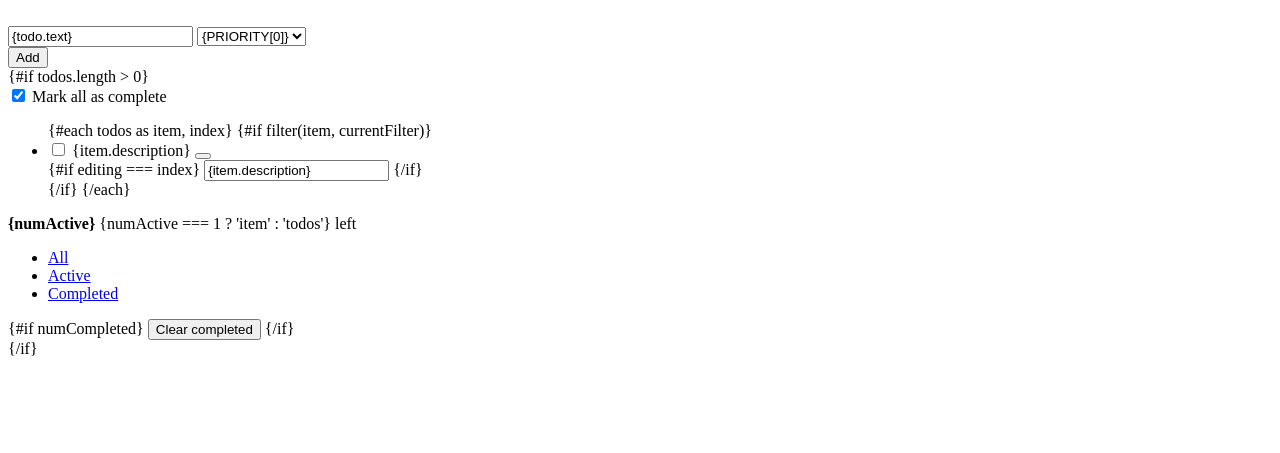
Repository: nicobrinkkemper/firebase-svelte-tododemo
Page: src/App.html
These files come from the project's save history. The page is drawn as it stood at one moment and after the next save; the edit follows.
The browser window is 1280 px wide. The pictures show the whole page.

Above is the page before, as saved 2018-11-23 14:38:05.
Console error: SyntaxError: Unexpected token 'export'

### src/App.html
<div class="row">
	<div class="col-md-12">
		<br />
		<div class="input-group">
			<input class="form-control text" type="text" required={true} value={todo.text} placeholder="Write a todo" onKeyUp={onSubmit}
			 onChange={onTextChange} />

			<select class="form-control priority" value={todo.priority || 0} onChange={onPriorityChange}>
				<option value={0}>{PRIORITY[0]}</option>
				<option value={1}>{PRIORITY[1]}</option>
				<option value={2}>{PRIORITY[2]}</option>
			</select>
			<div class="input-group-append">
				<button class="btn btn-primary" onClick={onAdd}>
					Add
				</button>
			</div>
		</div>
	</div>
</div>
{#if todos.length > 0}
<section class="main">
	<input id="toggle-all" class="toggle-all" type="checkbox" on:change='toggleAll(this.checked)' checked='{numCompleted === todos.length}'>
	<label for="toggle-all">Mark all as complete</label>

	<ul class="todo-list">
		{#each todos as item, index} {#if filter(item, currentFilter)}
		<li class="{item.completed ? 'completed' : ''} {editing === index ? 'editing' : ''}">
			<div class="view">
				<input class="toggle" type="checkbox" bind:checked="item.completed">
				<label on:dblclick="edit(index)">{item.description}</label>
				<button on:click="remove(index)" class="destroy"></button>
			</div>

			{#if editing === index}
			<input value='{item.description}' id="edit" class="edit" on:enter='blur(this)' on:blur="submit(this.value)" on:escape="cancel()"
			/> {/if}
		</li>
		{/if} {/each}
	</ul>

	<footer class="footer">
		<span class="todo-count">
			<strong>{numActive}</strong> {numActive === 1 ? 'item' : 'todos'} left
		</span>

		<ul class="filters">
			<li><a class="{currentFilter === 'all' ? 'selected' : ''}" href="#/">All</a></li>
			<li><a class="{currentFilter === 'active' ? 'selected' : ''}" href="#/active">Active</a></li>
			<li><a class="{currentFilter === 'completed' ? 'selected' : ''}" href="#/completed">Completed</a></li>
		</ul>

		{#if numCompleted}
		<button class="clear-completed" on:click="clearCompleted()">
			Clear completed
		</button>
		{/if}
	</footer>
</section>
{/if}

<script>
	const ENTER_KEY = 13;
	const ESCAPE_KEY = 27;
	function keyEvent(code) {
	  return function(node, callback) {
	    function keydownHandler(event) {
	      if (event.which === code) callback.call(this, event);
	    }
	    node.addEventListener("keydown", keydownHandler, false);
	    return {
	      destroy() {
	        node.removeEventListener("keydown", keydownHandler, false);
	      }
	    };
	  };
	}
	let todos;
	try {
	  todos = JSON.parse(localStorage.getItem("todos-svelte")) || [];
	} catch (err) {
	  todos = [];
	}
	export default {
	  data: data => {
	    console.log(data, "data");
	    return {
	      currentFilter: "all",
	      ...data
	    };
	  },
	  computed: {
	    numActive: ({ todos }) => todos.filter(item => !item.completed).length,
	    numCompleted: ({ todos }) => todos.filter(item => item.completed).length
	  },
	  helpers: {
	    filter(item, currentFilter) {
	      if (currentFilter === "all") return true;
	      if (currentFilter === "completed") return item.completed;
	      if (currentFilter === "active") return !item.completed;
	    }
	  },
	  oncreate() {
	    const updateView = () => {
	      let currentFilter = "all";
	      if (window.location.hash === "#/active") {
	        currentFilter = "active";
	      } else if (window.location.hash === "#/completed") {
	        currentFilter = "completed";
	      }
	      this.set({ currentFilter });
	    };
	    window.addEventListener("hashchange", updateView);
	    updateView();
	  },
	  onstate({ changed, current, previous }) {
	    if (previous && changed.todos) {
	      try {
	        localStorage.setItem("todos-svelte", JSON.stringify(current.todos));
	      } catch (err) {
	        // noop
	      }
	    }
	  },
	  methods: {
	    onTextChange(text) {
	      const { todo } = this.get();
	      this.set({ todo: { ...todo, text } });
	    },
	    onSubmit() {},
	    onPriorityChange(priority) {
	      const { todo } = this.get();
	      this.set({ todo: { ...todo, priority } });
	    },
	    onAdd() {
	      console.log("hi");
	    },
	    blur(node) {
	      node.blur();
	    },
	    cancel() {
	      this.set({ editing: null });
	    },
	    clearCompleted() {
	      const todos = this.get().todos.filter(item => !item.completed);
	      this.set({ todos });
	    },
	    edit(index) {
	      this.set({ editing: index });
	    },
	    newTodo(description) {
	      const { todos } = this.get();
	      todos.push({
	        description,
	        completed: false
	      });
	      this.set({ todos });
	      this.refs.newTodo.value = "";
	    },
	    remove(index) {
	      const { todos } = this.get();
	      todos.splice(index, 1);
	      this.set({ todos });
	    },
	    submit(description) {
	      const { todos } = this.get();
	      const index = this.get().editing;
	      todos[index].description = description;
	      this.set({ todos, editing: null });
	    },
	    toggleAll(checked) {
	      const { todos } = this.get();
	      todos.forEach(item => {
	        item.completed = checked;
	      });
	      this.set({ todos });
	    }
	  },
	  events: {
	    enter: keyEvent(ENTER_KEY),
	    escape: keyEvent(ESCAPE_KEY)
	  }
	};
</script>

After the next save:
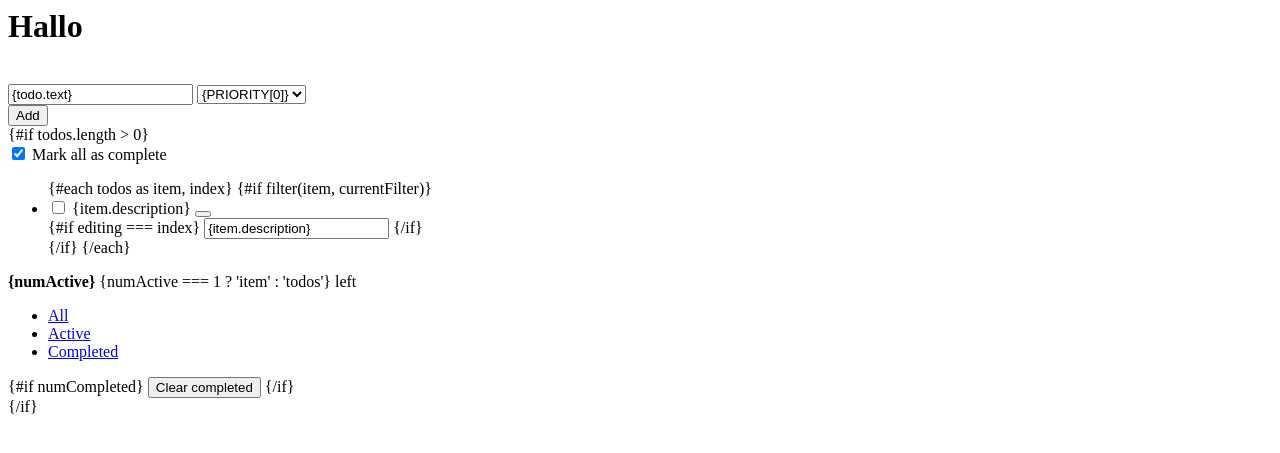
Saved 108 s later.
--- a/src/App.html
+++ b/src/App.html
@@ -1,4 +1,5 @@
 <div class="row">
+	<h1>Hallo</h1>
 	<div class="col-md-12">
 		<br />
 		<div class="input-group">

After the save that followed:
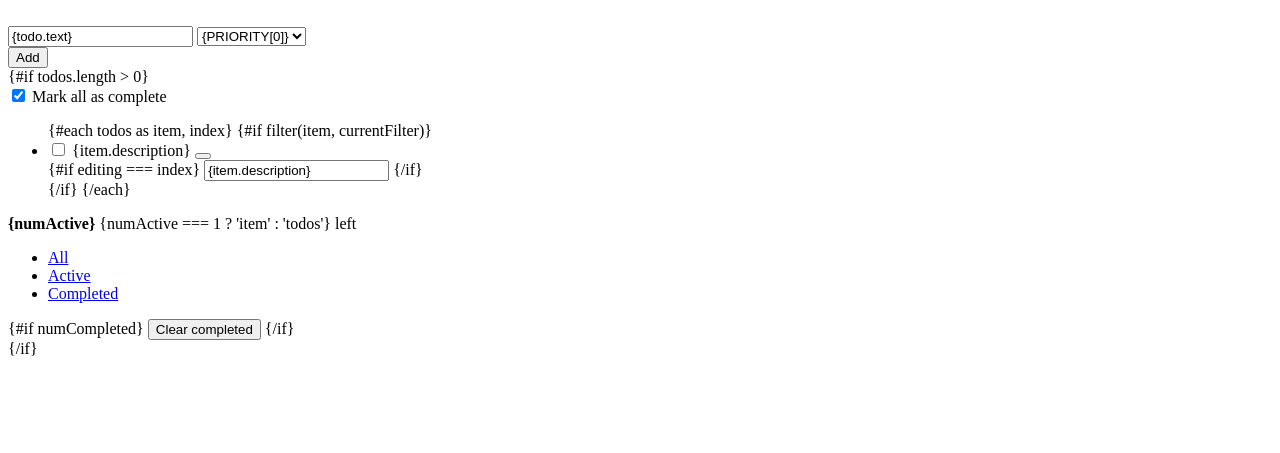
Saved 6 s later.
--- a/src/App.html
+++ b/src/App.html
@@ -1,5 +1,4 @@
 <div class="row">
-	<h1>Hallo</h1>
 	<div class="col-md-12">
 		<br />
 		<div class="input-group">
